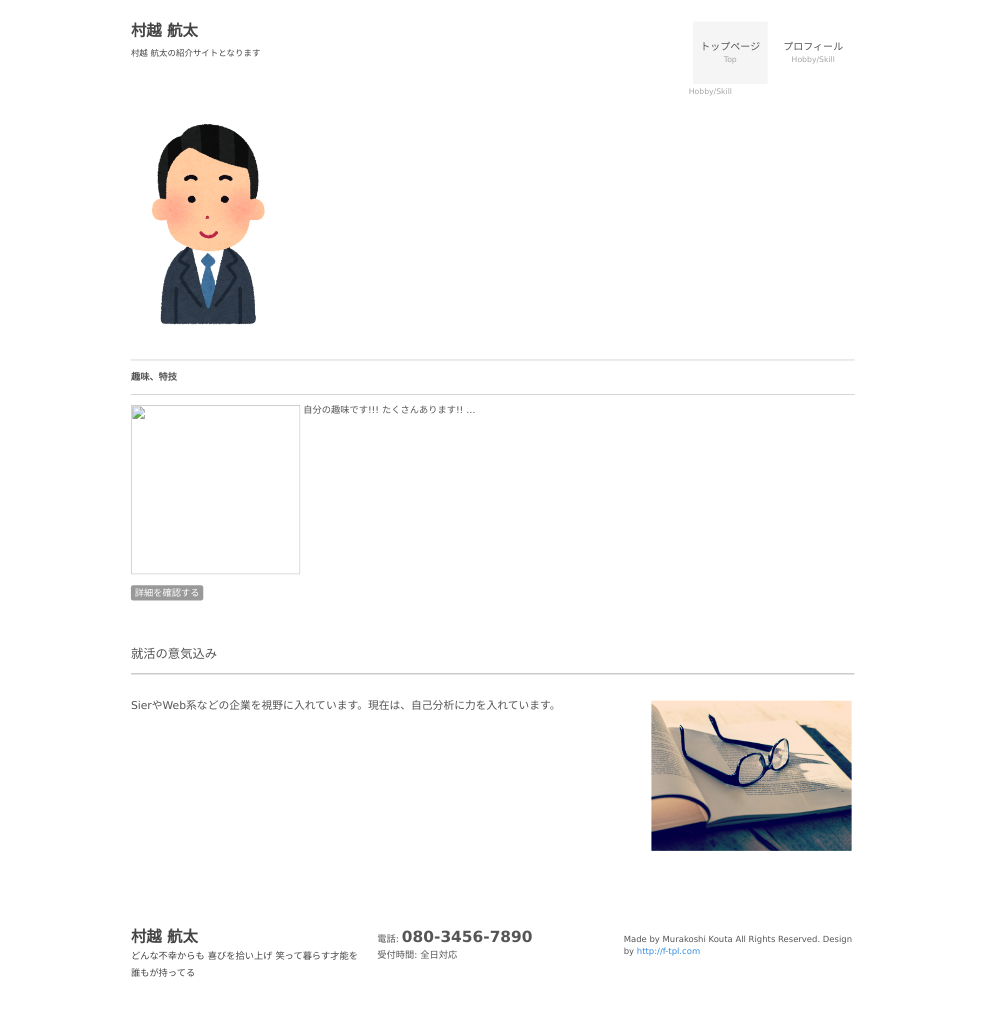
Repository: koutagaim/selfintroduction
Page: index.html
An editor plug-in stored every save of this project. The page is shown before and after the next save, followed by the edit.
The browser window is 1280 px wide. The pictures show the whole page, at 77% of full size.
Some web libraries are served in a nearby version.

Above is the page before, as saved 2022-05-20 22:03:19.
Not found: images/banners/spideraman.jpeg

After the next save:
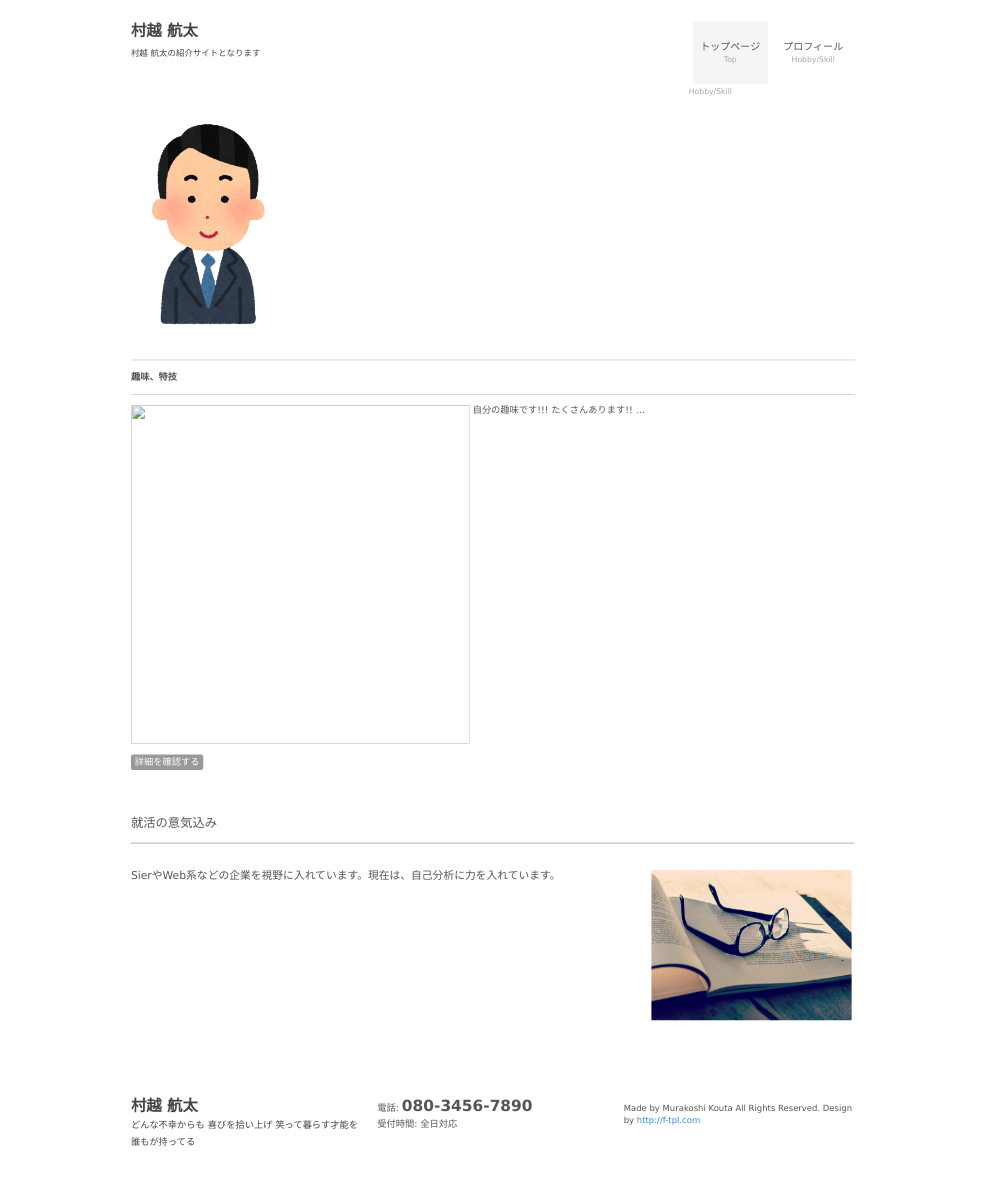
Saved 24 s later.
--- a/index.html
+++ b/index.html
@@ -54,7 +54,7 @@
 			<article class="grid">
 				<div class="box">
 					<h3>趣味、特技</h3>
-					<p class="img"><img width="220" height="220" src="images/banners/spideraman.jpeg" alt="" /></p>
+					<p class="img"><img width="440" height="440" src="images/banners/spideraman.jpeg" alt="" /></p>
 					<p>&nbsp;自分の趣味です!!! たくさんあります!! &#8230;</p>
 					<p class="readmore"><a href="hobby_skill.html">詳細を確認する</a></p>
 				</div>
